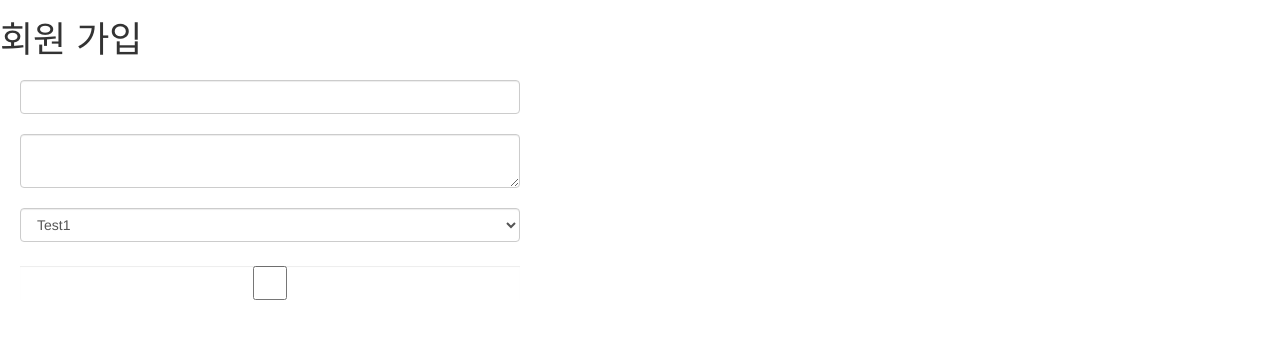
Repository: park-nahyun/BootstrapStudy
Page: BootstrapWork/WebContent/BootEx03.html
An editor plug-in stored every save of this project. The page is shown before and after the next save, followed by the edit.
The browser window is 1280 px wide. The pictures show the whole page.

Above is the page before, as saved 2021-07-01 03:49:13.

After the next save:
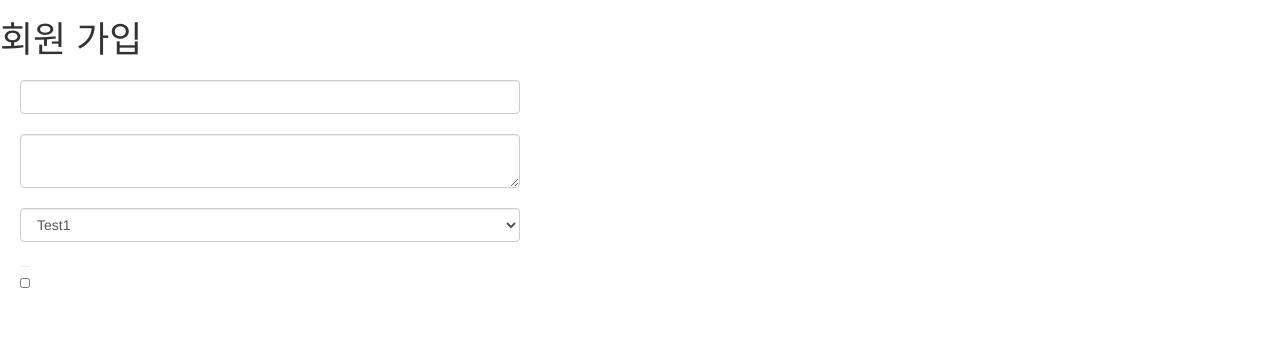
Saved 2 min 0 s later.
--- a/BootstrapWork/WebContent/BootEx03.html
+++ b/BootstrapWork/WebContent/BootEx03.html
@@ -30,9 +30,10 @@
 
 	<br>
 
-	<input type="checkbox" class="form-control">
+	<input type="checkbox" class="form-control" style="width: 10px;">
 	<br>
 
+	<br><br><br>
 </form>
 </body>
 </html>
